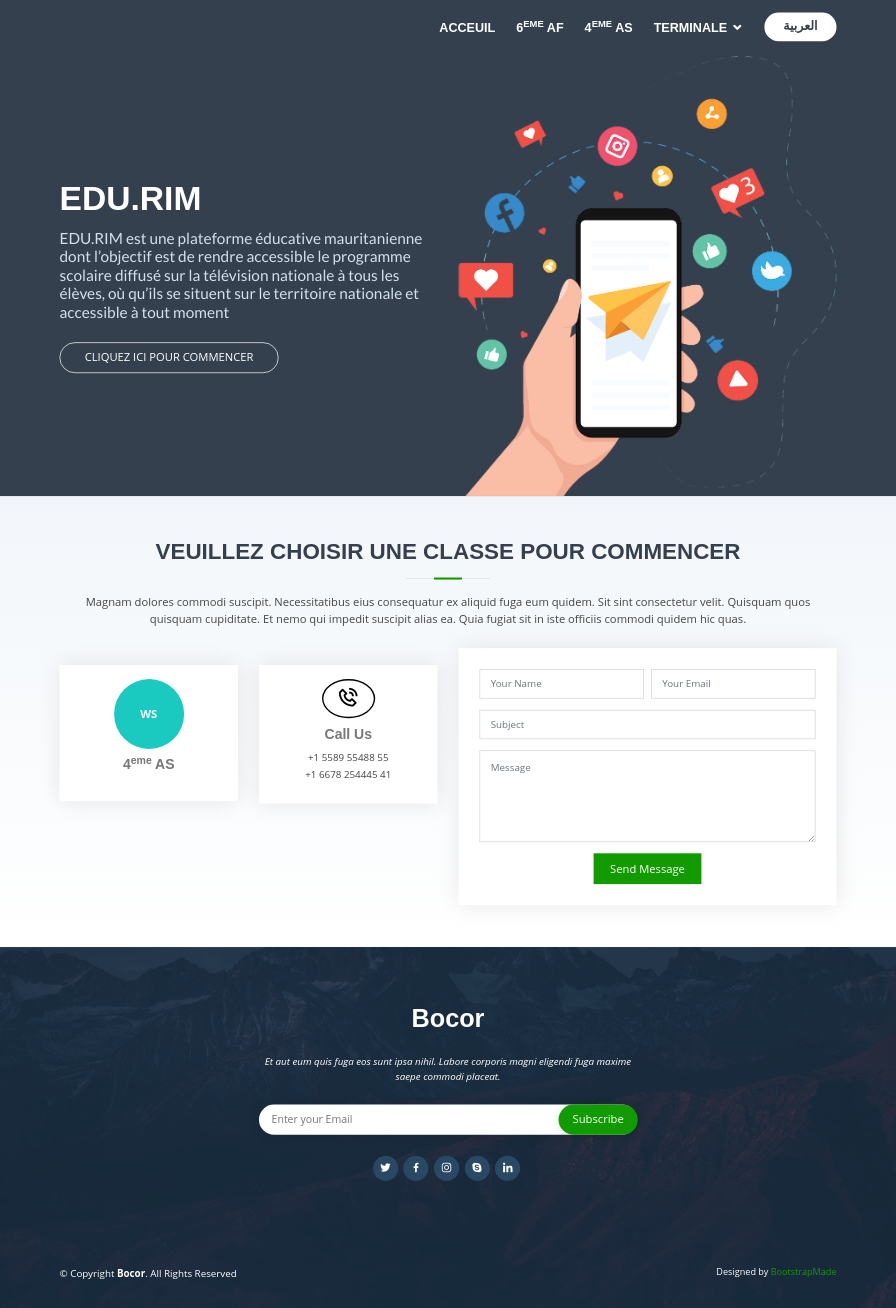
Repository: athiemohamed/courat
Page: http://localhost/
The author's editor kept a copy of each file at every save. The page is drawn from the files as they stood at one save, then again after the next save.
The browser window is 1280 px wide. The pictures show the whole page, at 70% of full size.
Some web fonts or font styles are not loaded; a fallback is used. The page is run by PHP 8.4 with error messages shown; the project is at /var/www/html/.

Above is the page before, as saved 2020-03-26 13:04:16.

After the next save:
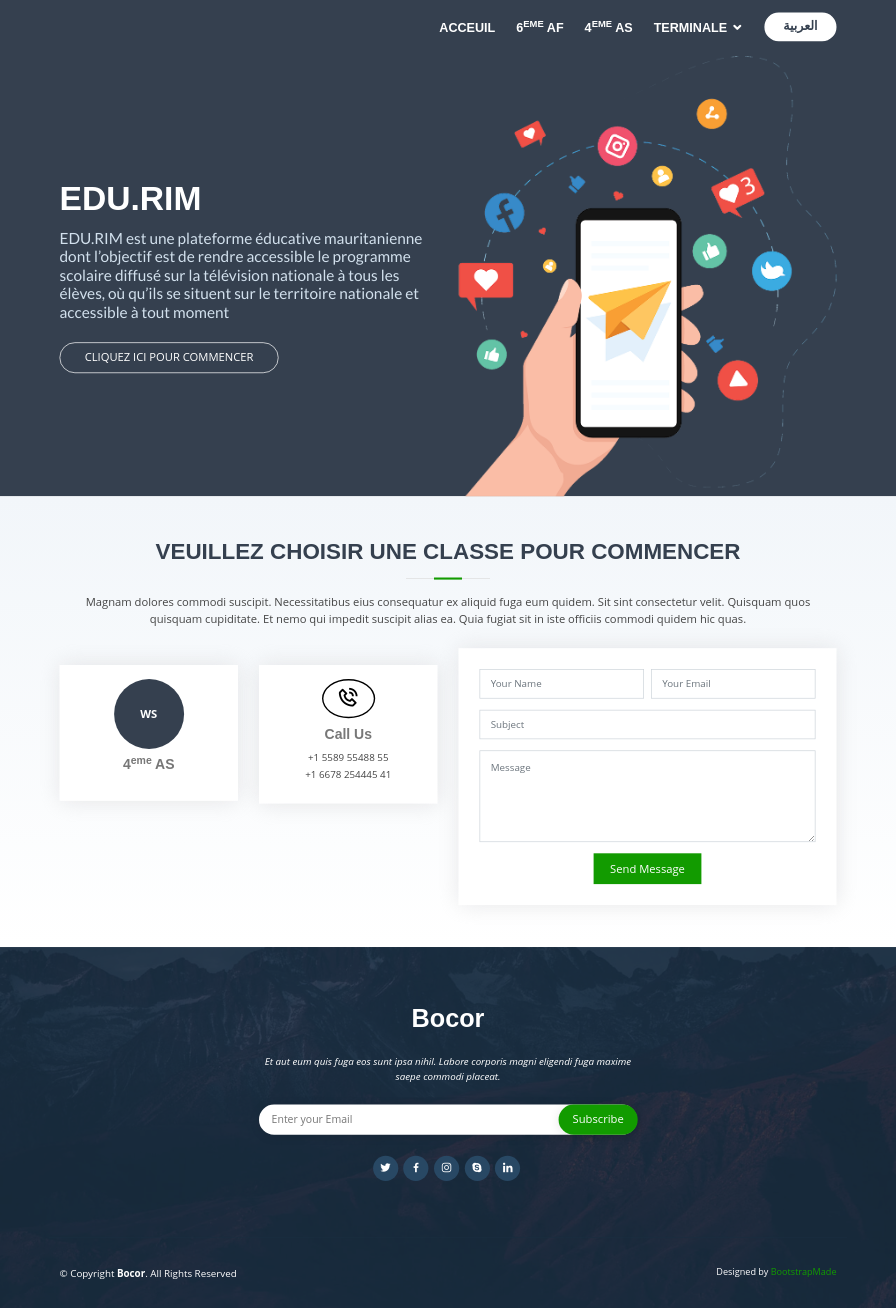
Saved 15 s later.
--- a/index.php
+++ b/index.php
@@ -153,7 +153,7 @@
               <div class="col-md-6">
                 <div class="info-box mt-4" data-aos="fade-up" data-aos-delay="100">
                   <!-- <i class="rounded-number">4<sup>eme</sup> AS</i> -->
-                  <div class="circle-badge" style="background:#1ACAC0">
+                  <div class="circle-badge">
                     <strong>WS</strong>
                   </div>
                   <h3>4<sup>eme</sup> AS</h3>
